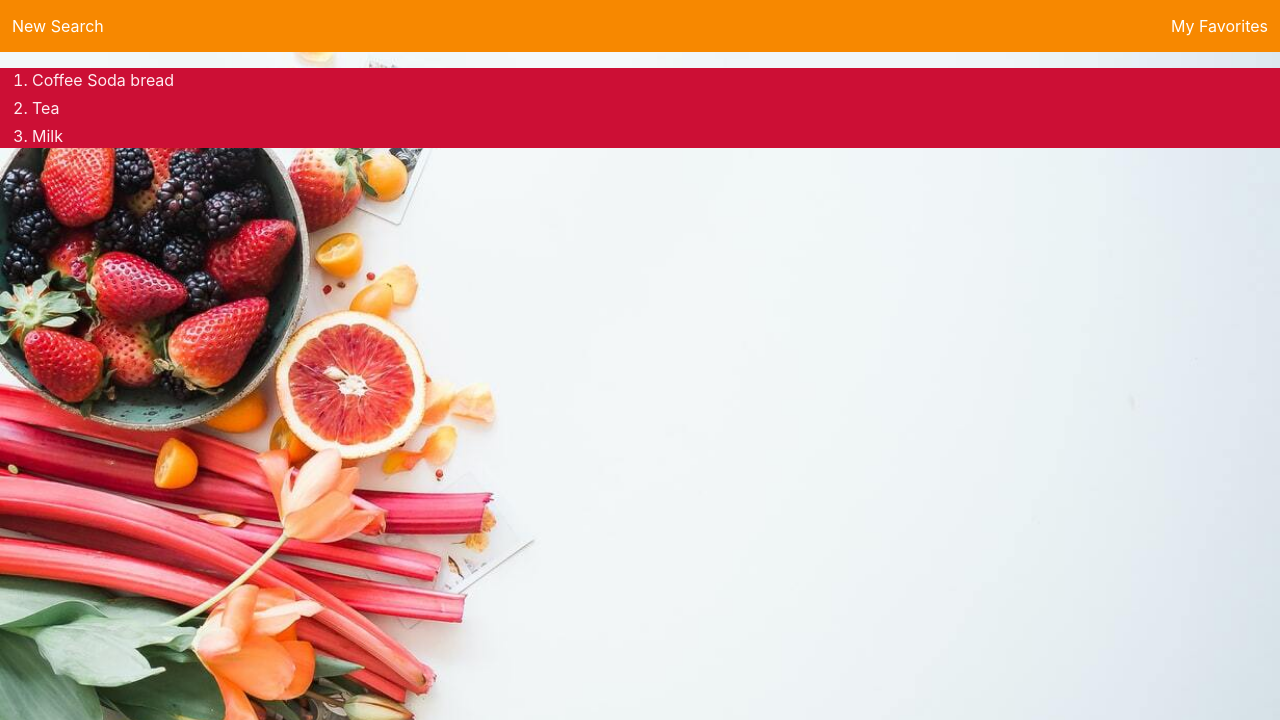
Repository: puakehaulani/the-hungry-app-proj1
Page: assets/style/Results.html
These files come from the project's save history. The page is drawn as it stood at one moment and after the next save; the edit follows.
The browser window is 1280 px wide. The pictures show the whole page.

Above is the page before, as saved 2020-10-15 19:47:19.

After the next save:
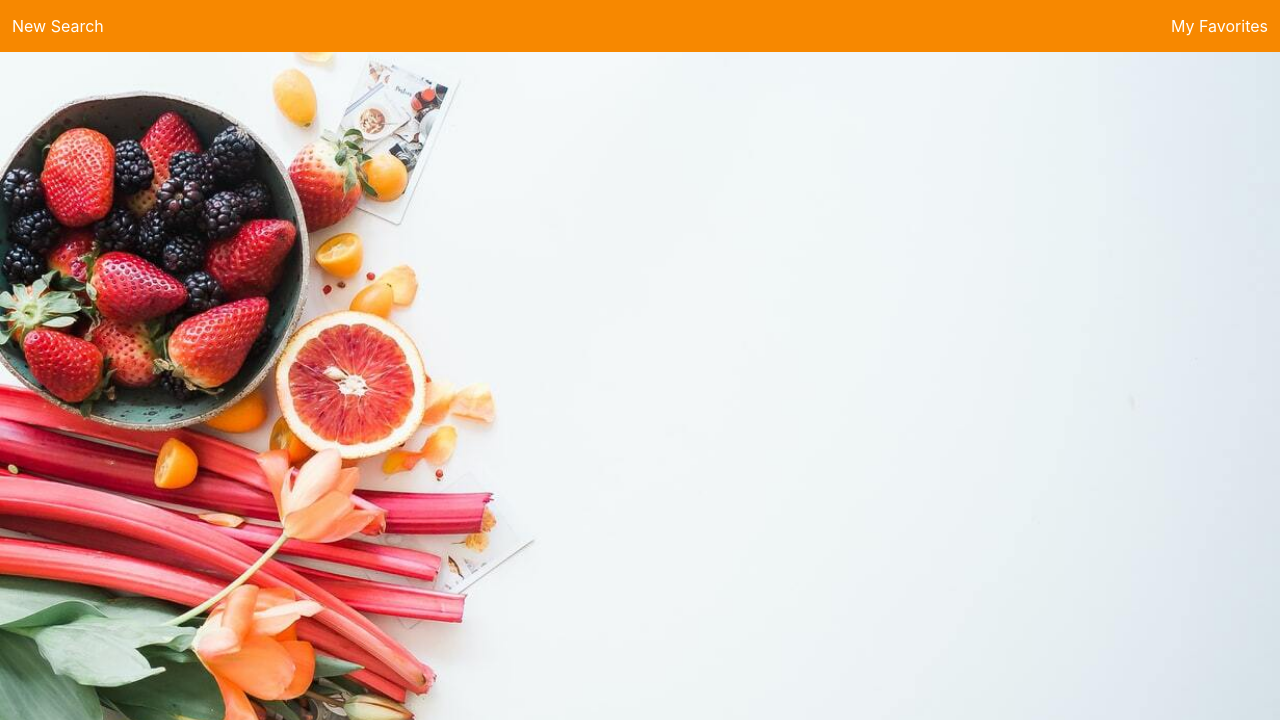
Saved 32 s later.
--- a/assets/style/Results.html
+++ b/assets/style/Results.html
@@ -32,15 +32,6 @@
           <ul id="display">
           </ul>
 
-          <ol type="1">
-            <li>Coffee
-              Soda
-              bread
-            </li>
-            <li>Tea</li>
-            <li>Milk</li>
-          </ol>
-
         </div>
 </body>
 
